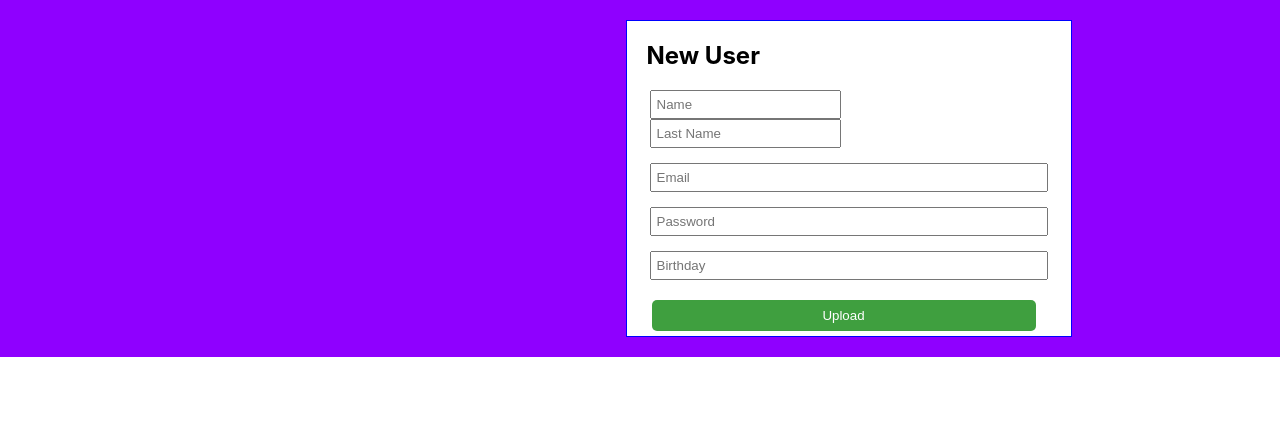
Repository: RobertAries28/CrudUsuarios
Page: /
The author's editor kept a copy of each file at every save. The page is drawn from the files as they stood at one save, then again after the next save.
The browser window is 1280 px wide. The pictures show the whole page.
The page's requests for data from a server got no answer. The project was rebuilt for these pictures with package versions that can differ from the ones it lists, and the page was loaded fresh each time. No one was signed in, and anything a server would have sent is missing.

Above is the page before, as saved 2022-05-23 19:33:44.

After the next save:
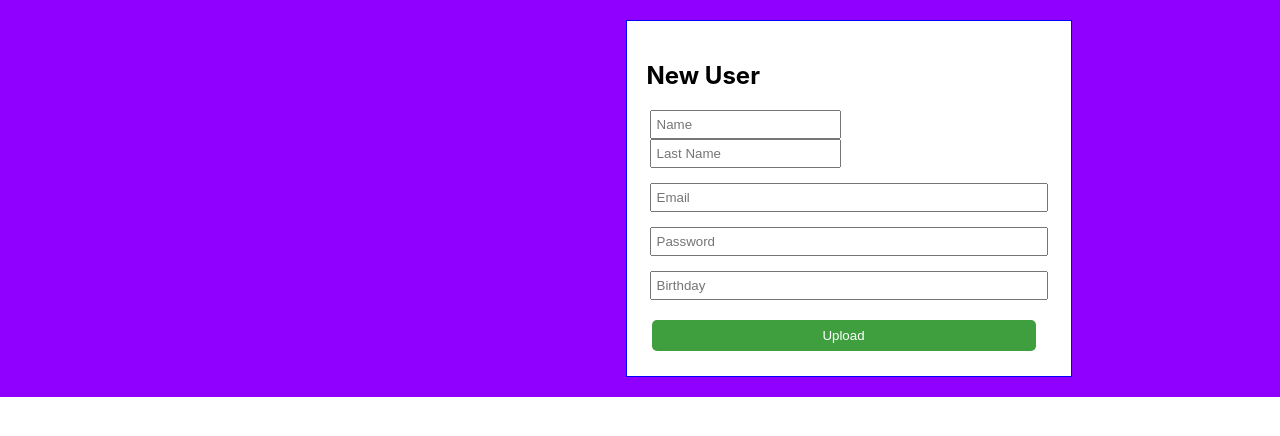
Saved 34 s later.
--- a/src/App.css
+++ b/src/App.css
@@ -44,6 +44,8 @@ ul{
 .formUser{
   padding-left: 20px;
   padding-right: 40px;
+  padding-top: 20px;
+  padding-bottom: 20px;
   width: 30%;
   border: 1px solid blue;
   background: white;
